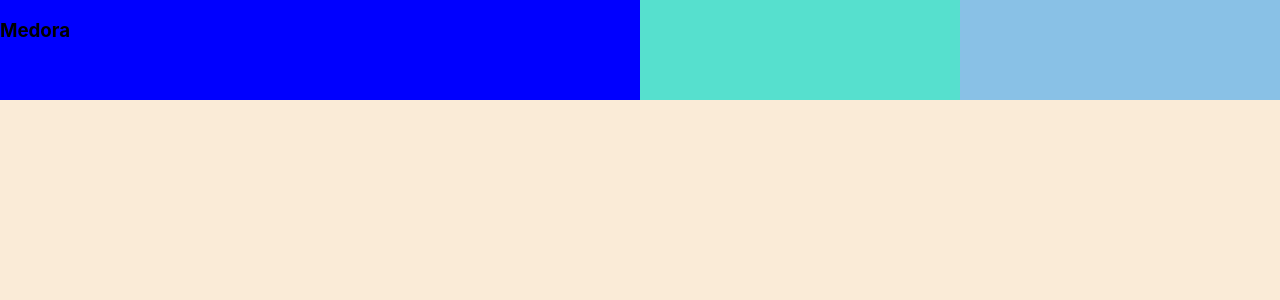
Repository: SbuKhoza/medora
Page: /
An editor plug-in stored every save of this project. The page is shown before and after a run of saves, followed by the edit.
The browser window is 1280 px wide. The pictures show the whole page.
The project was rebuilt for these pictures with package versions that can differ from the ones it lists, and the page was loaded fresh each time.

Above is the page before, as saved 2024-07-09 13:41:19.

### src/App.js

import './App.css';

function App() {
  return (

   <div className='container'>


    <div className='navleft'>

      <div className='icondiv'></div>
      <h3 className='icon'>Medora</h3>

    </div>

    <div className='navcenter'>

    </div>

    <div className='navright'>

    </div>

  </div>
  );
}

export default App;

### src/App.css
body {
  background-color: antiquewhite;
}

.container {
  display: flex;
  height: 100vh;
}

.navleft {
  display: flex;
  width: 50%;
  height:100px;
  background-color: blue;
}

.navcenter {
  display: flex;
  width: 25%;
  height:100px;
  background-color: rgb(86, 224, 206);
}

.navright {
  display: flex;
  width: 25%;
  height:100px;
  background-color: rgb(137, 193, 230);
}

.icon {


}

Loaded but not shown: public/index.html (common file); src/index.js (common file); src/index.css (common file); src/reportWebVitals.js (common file)

After the next 2 saves:
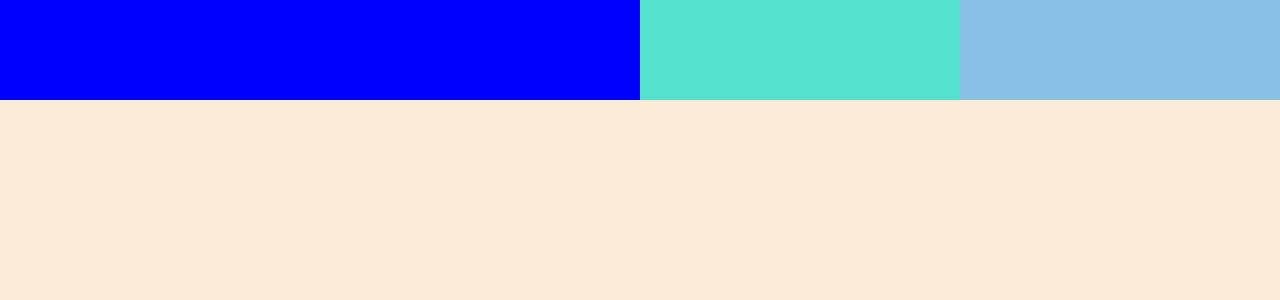
The 2 saves are shown as one change because they came seconds apart.
The last was saved 14 s later.
--- a/src/App.js
+++ b/src/App.js
@@ -9,8 +9,10 @@
 
     <div className='navleft'>
 
-      <div className='icondiv'></div>
-      <h3 className='icon'>Medora</h3>
+      <div className='icondiv'>
+
+      </div>
+
 
     </div>
 

After the save that followed:
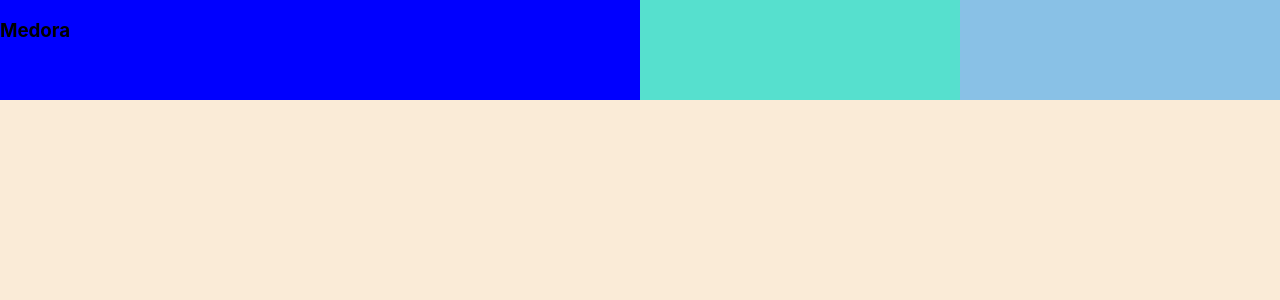
Saved 11 s later.
--- a/src/App.js
+++ b/src/App.js
@@ -10,7 +10,7 @@
     <div className='navleft'>
 
       <div className='icondiv'>
-
+      <h3 className='icon'>Medora</h3>
       </div>
 
 
